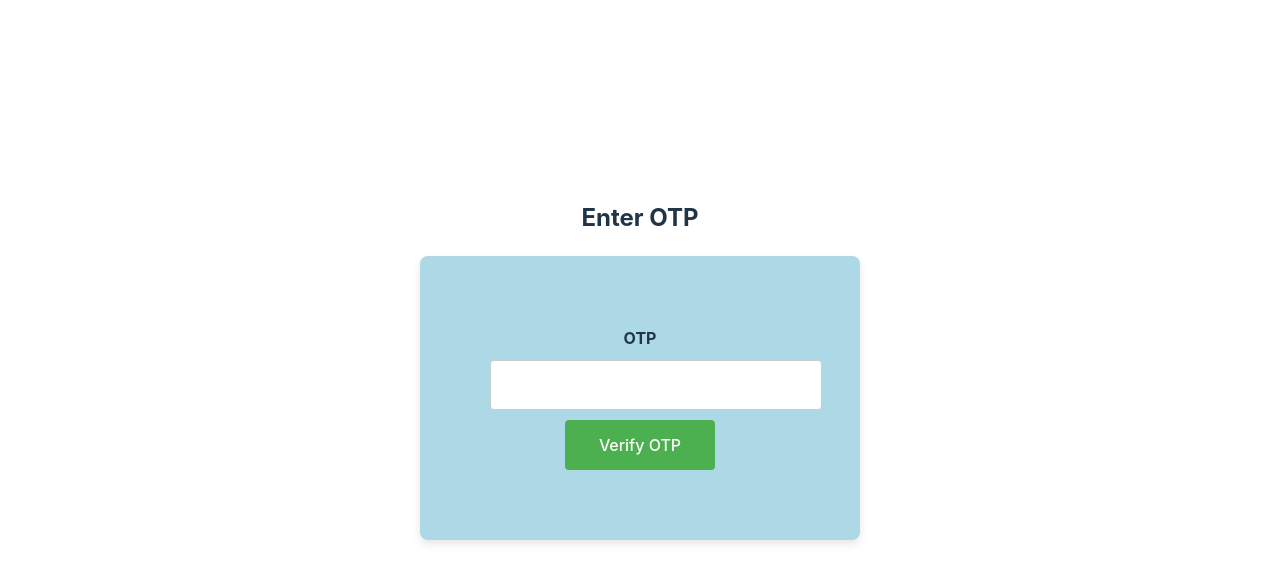
Repository: sarathraj2002/MockTest
Page: /check (app in Frontend/)
An editor plug-in stored every save of this project. The page is shown before and after a run of saves, followed by the edit.
The browser window is 1280 px wide. The pictures show the whole page.
The project was rebuilt for these pictures with package versions that can differ from the ones it lists, and the page was loaded fresh each time. Also part of the build but not shown: Frontend/vite.config.js, Frontend/src/components/Otp.jsx, Frontend/src/components/Home.jsx.

Above is the page before, as saved 2024-11-13 17:18:19.

### Frontend/index.html
<!doctype html>
<html lang="en">
  <head>
    <meta charset="UTF-8" />
    <link rel="icon" type="image/svg+xml" href="/vite.svg" />
    <meta name="viewport" content="width=device-width, initial-scale=1.0" />
    <title>MockTest</title>
  </head>
  <body>
    <div id="root"></div>
    <script type="module" src="/src/main.jsx"></script>
  </body>
</html>

### Frontend/src/main.jsx
import { StrictMode } from 'react'
import { createRoot } from 'react-dom/client'
import App from './App.jsx'
import './index.css'
import { BrowserRouter } from 'react-router-dom'


createRoot(document.getElementById('root')).render(
  <StrictMode>
     <BrowserRouter>
    <App />
    </BrowserRouter>
  </StrictMode>,
)

### Frontend/src/App.jsx
import { useState } from 'react'
import './App.css'
import Otp from './components/Otp'
import { Home } from './components/Home'
import { Route,Routes,useNavigate } from 'react-router-dom'
import Mail from './components/Mail'

function App() {
  const [email, setEmail] = useState('');
  const navigate = useNavigate();
  const handleEmailSubmit=(email)=>{
    setEmail(email);
    navigate('/check');
  }


  return (
    <>
    <Routes>
      <Route path='/' element={<Otp onEmailSubmit={handleEmailSubmit}/>}></Route>
      <Route path='/check' element={<Mail/>}></Route>
      <Route path='/home' element={<Home/>}></Route>
    </Routes>
    </>
  )
}

export default App

### Frontend/src/components/Mail.jsx
import React, { useState } from 'react';
import axios from 'axios';
import { useNavigate } from 'react-router-dom';

function OTPForm({ email, onOTPVerify }) {
  const [otp, setOtp] = useState('');
  const [errorMessage, setErrorMessage] = useState('');
  const navigate = useNavigate();

  const handleSubmit = async (e) => {
    e.preventDefault();

    try {
      const response = await axios.post('http://localhost:5000/api/verify-otp', {
        otp
      });
      const data = response.data;

      if (data.valid) {
        navigate('/home');
      } else {
        setErrorMessage(data.message || 'Invalid OTP. Please try again.');
      }
    } catch (error) {
      console.error('Error verifying OTP:', error);
      setErrorMessage('An error occurred while verifying OTP.');
    }
  };

  const formStyle = {
    width: '300px',
    margin: '0 auto',
    padding: '70px',
    backgroundColor: 'lightblue',
    borderRadius: '8px',
    boxShadow: '0 4px 8px rgba(0, 0, 0, 0.1)',
  };

  const inputStyle = {
    width: '100%',
    padding: '15px',
    margin: '10px 0',
    borderRadius: '4px',
    border: '1px solid #ccc',
    fontSize: '16px',
  };

  const buttonStyle = {
    width: '50%',
    padding: '15px',

    backgroundColor: '#4CAF50',
    color: 'white',
    fontSize: '16px',
    border: 'none',
    borderRadius: '4px',
    cursor: 'pointer',
  };

  const buttonHoverStyle = {
    backgroundColor: '#45a049',
  };

  const errorMessageStyle = {
    color: 'red',
    marginTop: '10px',
    textAlign: 'center',
  };

  return (
    <div style={{ padding: '50px 20px', textAlign: 'center' }}>
      <h2 style={{ marginBottom: '20px' }}>Enter OTP</h2>
      <form onSubmit={handleSubmit} style={formStyle}>
        <label style={{ fontSize: '16px', fontWeight: 'bold', marginBottom: '10px' }}>OTP</label>
        <input
          type="text"
          value={otp}
          onChange={(e) => setOtp(e.target.value)}
          required
          maxLength="4"
          style={inputStyle}
        />
        <button type="submit" style={buttonStyle} onMouseEnter={(e) => e.target.style.backgroundColor = buttonHoverStyle.backgroundColor} onMouseLeave={(e) => e.target.style.backgroundColor = buttonStyle.backgroundColor}>
          Verify OTP
        </button>
      </form>
      {errorMessage && <p style={errorMessageStyle}>{errorMessage}</p>}
    </div>
  );
}

export default OTPForm;

Loaded but not shown: Frontend/src/index.css (common file); Frontend/src/App.css (common file)

After the next 4 saves:
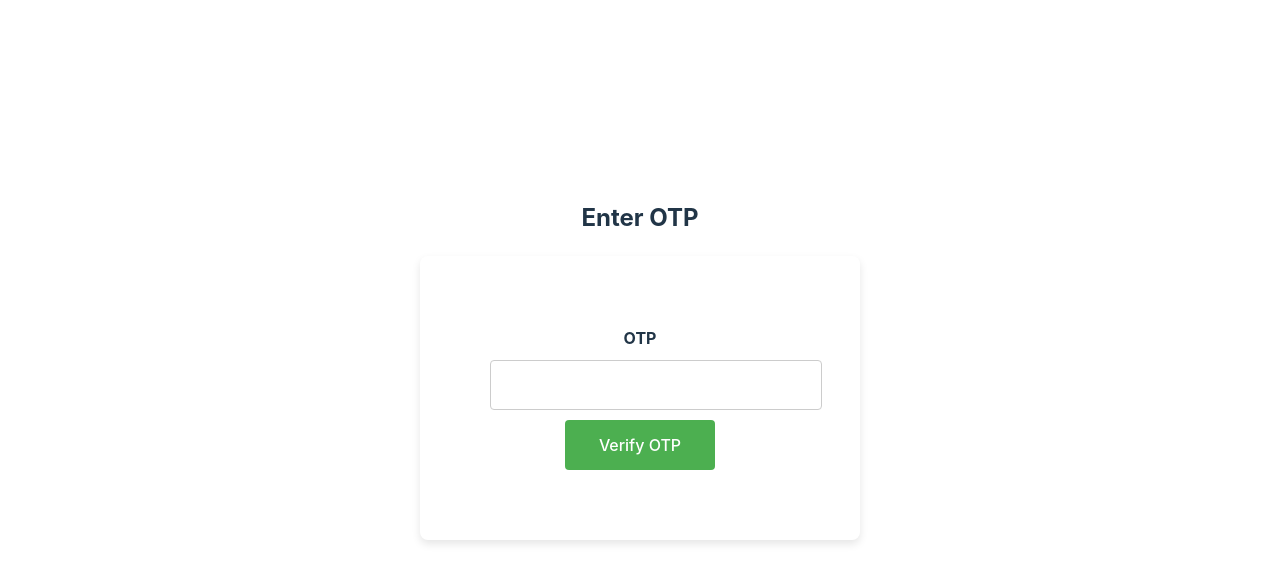
The 4 saves are shown as one change because they came seconds apart.
The last was saved 13 s later.
--- a/Frontend/src/components/Mail.jsx
+++ b/Frontend/src/components/Mail.jsx
@@ -31,7 +31,7 @@ function OTPForm({ email, onOTPVerify }) {
     width: '300px',
     margin: '0 auto',
     padding: '70px',
-    backgroundColor: 'lightblue',
+    backgroundColor: '',
     borderRadius: '8px',
     boxShadow: '0 4px 8px rgba(0, 0, 0, 0.1)',
   };
